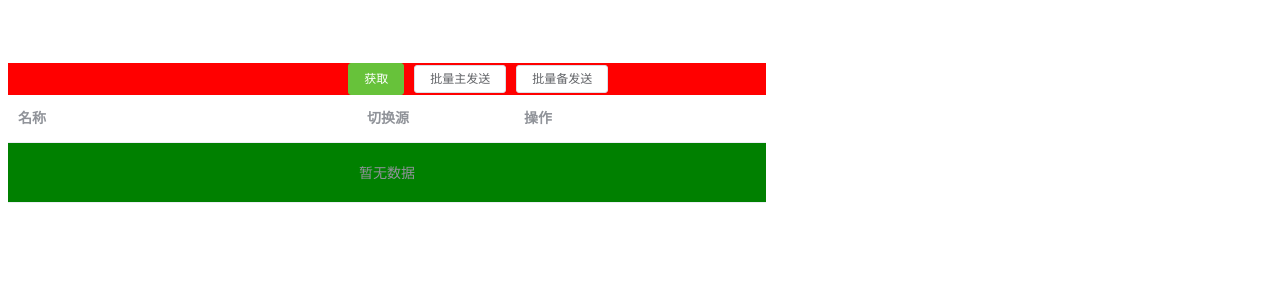
Repository: faintout/BHMQTTSendTool
Page: /
An editor plug-in stored every save of this project. The page is shown before and after the next save, followed by the edit.
The browser window is 1280 px wide. The pictures show the whole page.
The page's requests for data from a server got no answer. The project was rebuilt for these pictures with package versions that can differ from the ones it lists, and the page was loaded fresh each time. No one was signed in, and anything a server would have sent is missing. Also part of the build but not shown: vue.config.js.

Above is the page before, as saved 2020-09-03 13:56:50.

After the next save:
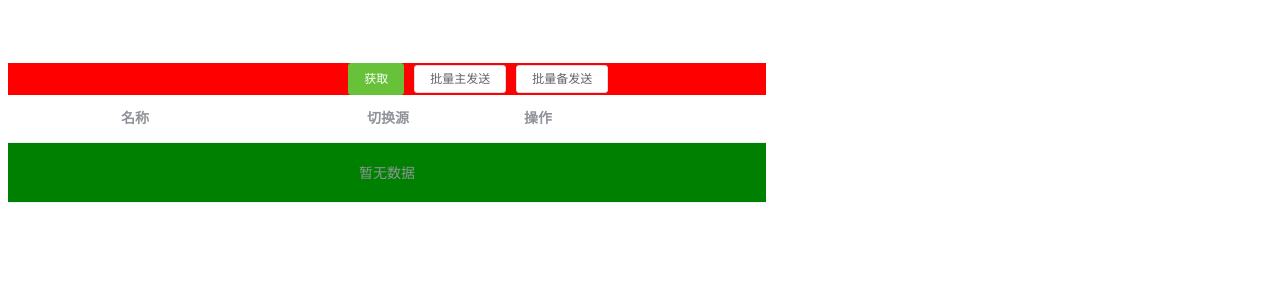
Saved 8 s later.
--- a/src/views/MqttSendTool.vue
+++ b/src/views/MqttSendTool.vue
@@ -11,7 +11,7 @@
         </div>
         <el-table v-loading="tableLoading" :data="tableData" class="el_table">
             >
-            <el-table-column prop="name" label="名称">
+            <el-table-column prop="name" label="名称" align='center'>
             </el-table-column>
             <el-table-column label="切换源" align='center'>
                 <template slot-scope="scope">
